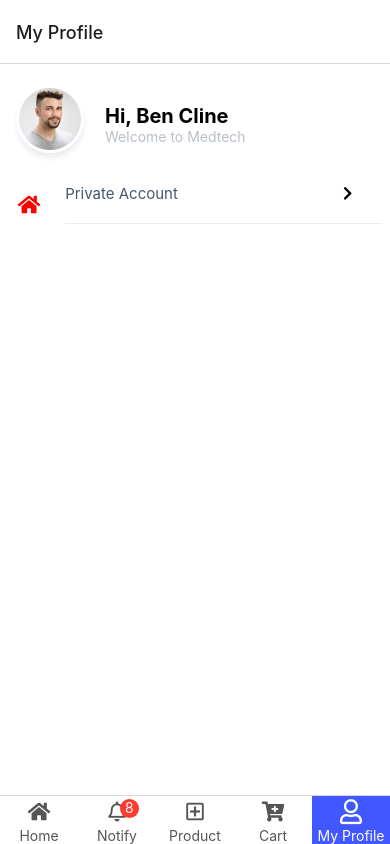
Repository: ntu34543/designReactNative
Screen: /My Profile
These files come from the project's save history. The screen is drawn as it stood at one moment and after a run of saves; the edit follows.
The app was drawn by React Native's web renderer in a window 390 px wide. The project was rebuilt for these pictures with package versions that can differ from the ones it lists, and the page was loaded fresh each time. Some packages were replaced by stand-ins written for this rebuild. Also part of the build but not shown: page/DiabetesCare.js, page/Notify.js, page/Cart.js.

Above is the screen before, as saved 2022-11-02 10:52:58.

After the next 2 saves:
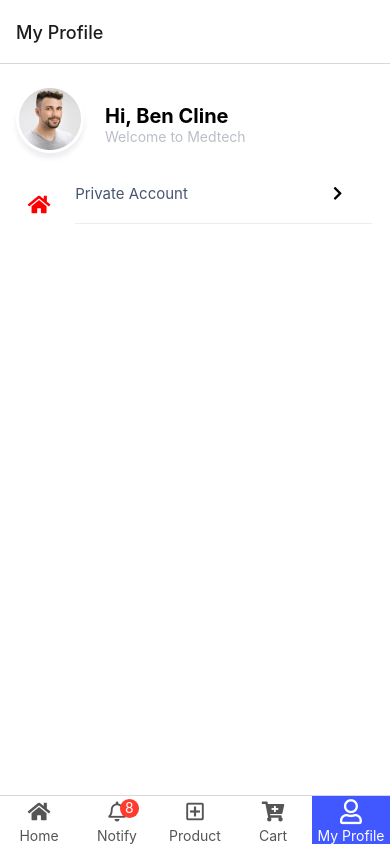
The 2 saves are shown as one change because they came seconds apart.
The last was saved 20 s later.
--- a/page/Profile.js
+++ b/page/Profile.js
@@ -93,6 +93,6 @@ const styles = StyleSheet.create({
     fontSize: 15,
   },
   iconChevron : {
-    paddingLeft: 165,
+    paddingLeft: 145,
   }
 });
